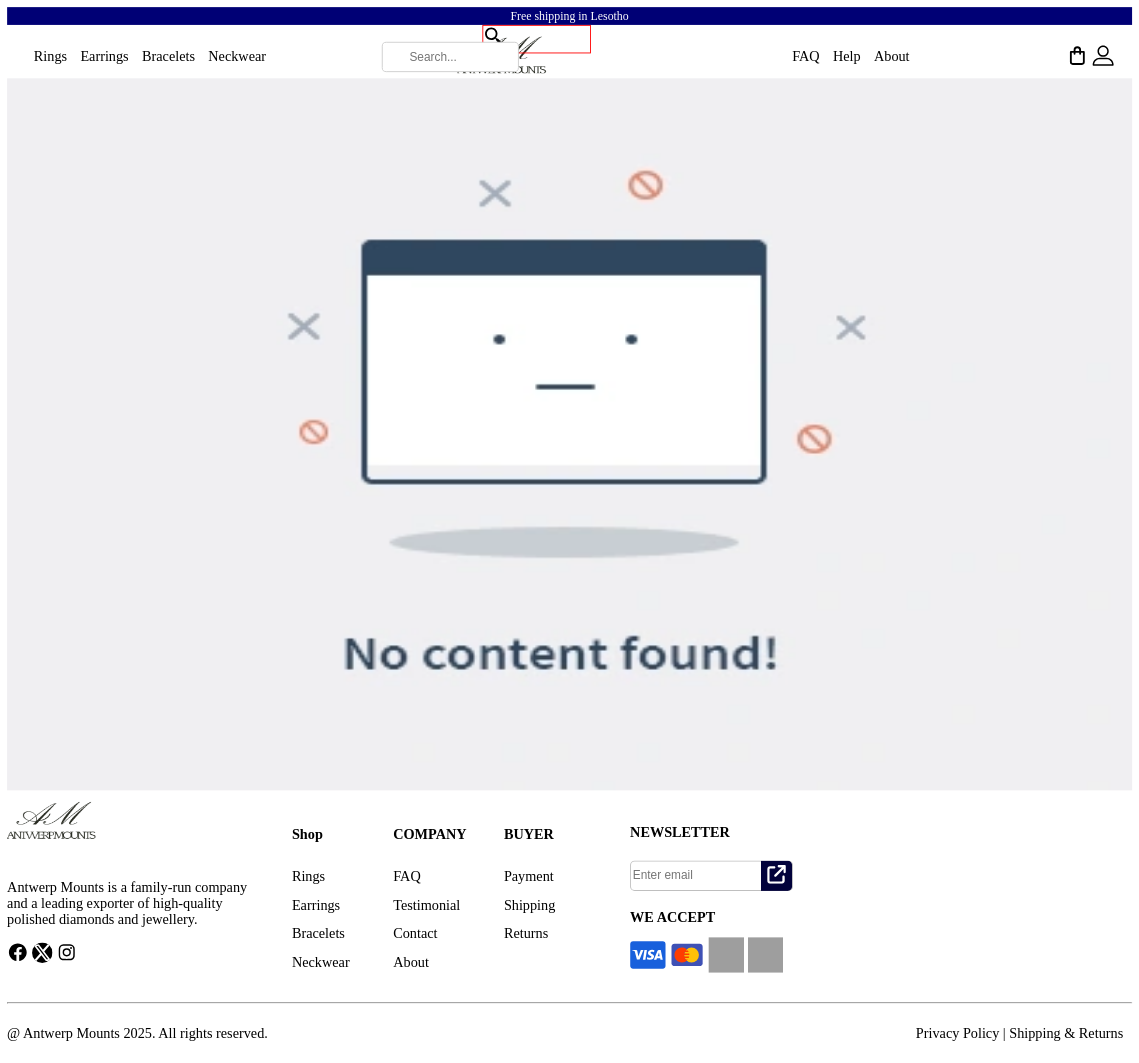
Repository: kea-0424/Web-Development-Project-1
Page: First_collaboration/JewelarySite.html
An editor plug-in stored every save of this project. The page is shown before and after a run of saves, followed by the edit.
The browser window is 1280 px wide. The pictures show the whole page, at 89% of full size.
Pictures or frames that could not be fetched are drawn as grey boxes.

Above is the page before, as saved 2025-01-23 11:46:51.

### First_collaboration/JewelarySite.html
<!DOCTYPE html>
<html lang="en">
<head>
    <meta charset="UTF-8">
    <meta name="viewport" content="width=device-width, initial-scale=1.0">
    <title>Document</title>
    <link rel="stylesheet" href="./JewelarySite.css">
</head>
<body>
    <header>
        <div class="notification">
            <span>Free shipping in Lesotho</span>
        </div>
        <nav>
                <ul class="navigations"  id="right_nav">
                    <li class="navbar_links"><a href="#">Rings</a></li>
                    <li class="navbar_links"><a href="#">Earrings</a></li>
                    <li class="navbar_links"><a href="#">Bracelets</a></li>
                    <li class="navbar_links"><a href="#">Neckwear</a></li>
                </ul>

            <div class="logo_container">
<img src="Main_Logo-removebg-preview.png" alt="Logo" class="main_logo" id="Nav_logo">
            </div>
                <ul class="navigations" id="left_nav">
                    <li class="navbar_links"><a href="#">FAQ</a></li>
                    <li class="navbar_links"><a href="#">Help</a></li>
                    <li class="navbar_links"><a href="#">About</a></li>
                </ul>
                <form action="#">
                    <div class="searchbar_container">
                        <img src="./bx-search-alt-2.svg" alt="icon" class="searchbar_icon">
                        <input class='searchbar' type="text" placeholder="Search...">
                    </div>
                </form>
                <div class="nav_icons">
                    <img src="./cart.svg" alt="Logo" class="icon">
                    <img src="./profile.svg" alt="Logo" class="icon">
                </div>
        </nav>
    </header>
    <main>
        <img src="./NoContent.webp" alt="No_Content" class="No_Content">
    </main>
    <footer>
        <div class="about_us">
            <div class="logo_container">
                <img src="Main_Logo-removebg-preview.png" alt="Logo" class="main_logo">
                            </div>
                            <div class="bio">
                                <p>Antwerp Mounts is a family-run company<br>
                                    and a leading exporter of high-quality<br>
                                   polished diamonds and jewellery.</p>
                            </div>
                                <div class="social_media">
                                    <div class="socials" >
                                        <a href="#"><img src="./bxl-facebook-circle (1).svg" alt="Facebook" id="facebook_link"></a>
                                    </div>
                                    <div class="socials">
                                        <a href="#"><img src="./x-twitter-brands-solid.svg" alt="Twitter" id="X_link"></a>
                                    </div>
                                    <div class="socials">
                                        <a href="#"><img src="./bxl-instagram (1).svg" alt="Instagram" id="instagram_link"></a>
                                    </div>
                                    </div>
        </div>
        <div class="navigation">
            <div class="list1">
                <h4>Shop</h4>
                <ul class="footer_lists">
                    <li><a href="#">Rings</a></li>
                    <li><a href="#">Earrings</a></li>
                    <li><a href="#">Bracelets</a></li>
                    <li><a href="#">Neckwear</a></li>
                </ul>
            </div>
            <div class="list2">
               <h4>COMPANY</h4>
               <ul class="footer_lists">
                <li><a href="#">FAQ</a></li>
                <li><a href="#">Testimonial</a></li>
                <li><a href="#">Contact</a></li>
                <li><a href="#">About</a></li>
               </ul>
            </div>
            <div class="list3">
                <h4>BUYER</h4>
                <ul class="footer_lists">
                    <li><a href="#">Payment</a></li>
                    <li><a href="#">Shipping</a></li>
                    <li><a href="#">Returns</a></li>
                </ul>
            </div>
        </div>
        <div class="Subscription">
            <h4>NEWSLETTER</h4>
            <form action="#">
                <div class="input_container">
                    <input type="text" placeholder="Enter email" class="newsletter_input">
                    <button type="submit" class="submit_btn"><img src="./arrow-up-right-from-square-solid.svg" alt="arrow"></button>
                </div>
            </form>
            <h4>WE ACCEPT</h4>
            <div class="payment_methods">
                <div class="payment_method">
                    <img src="./cc-visa-brands-solid.svg" alt="visa" id="visa">
                </div>
                <div class="payment_method">
                    <img src="mastercard.svg" alt="mastercard" id="mastercard">
                </div>
                <div class="payment_method">
                    <img src="./paypal.svg" alt="paypal" id="paypal">
        </div>
        <div class="payment_method">
            <img src="./skrill.svg" alt="skrill" id="skrill">
        </div>
            </div>
        </div>
        <hr>
        <div class="copyright">
            <p class="left_details">@ Antwerp Mounts 2025. All rights reserved.</p>
            <p class="right_details">Privacy Policy | Shipping & Returns</p>
        </div>
    </footer>
</body>
</html>

### First_collaboration/JewelarySite.css

body {
    box-sizing: border-box;
}
.notification {
    background-color: rgb(0 0 117);
    color: rgb(255 255 255);
    display: flex;
    align-items: center;
    justify-content: center;
    font-size: smaller;
    width: inherit;
    height: 20px;
}
nav {
    display: flex;
    justify-content: space-between;
    /*padding: 10px;*/
}
.main_logo {
    height: 80px;
    width: 100px;
    margin-top: 0;

}
#Nav_logo {
    margin: 0 auto;
    position: absolute;
    left: 40%;
}
.navigations,.navbar_links {
    list-style-type: none;
    display: flex;
    justify-content: space-between;
list-style: none;
text-decoration: none;
color: inherit;
margin-right: 15px;
padding: 0;
}
nav {
    position:relative;
    width: 100%;
    height: 60px
}

a {
    text-decoration: none;
color: inherit;
}
a:hover {
    /*font-size: larger;*/
    transition: font-size 0.2s ease-in-out;
    position: relative;
    /*background-color: blue;*/
    color: rgba(0 0 255 / 0.26);
    border-radius: 3px;
}
main,.No_Content {
    width: 100%;
    height: 800px;
}
.searchbar {
    width: 120px;
    height: 30px;
    border-radius: 5px;
    border: 1px solid #ccc;
    margin-top: 18px;
    padding-left: 30px;
    position: absolute;
    right: 80px;

}
.searchbar_container{
border: 1px solid red;
    width: 120px;
    height: 30px;
    position: relative;
    right: ;
}
.searchbar_icon{
    position: absolute;
}
.navbar_links {
    margin-top: 10px;
}
.icon {
    width: 25px;
    height: 25px;
    margin-top: 22px;
}
#left_nav{
    position: absolute;
    right: 220px;
}
#right_nav {
    position: absolute;
    left: 30px;
}
.nav_icons {
    margin-right: 20px;
}
.socials {
    /*border: 1px solid red;*/
    display: inline;
    height: 50px;
    width: 50px;
}
.bio {
    /*border: 1px solid red;*/
    display: inline-block;
}
#X_link {
    background-color: black;
    height: 23px;
    width: 23px;
    border-radius: 50%;
    display: inline-block;
}
/*.list1,.list2,.list3*/.navigation{
    /*border: 1px solid red;*/
    display: inline-block;
    position: absolute;
    left: 320px;
    top: 20px;
box-sizing: border-box;
}
footer {
    /*border: 1px solid red;*/
    position: relative;
}
.list1,.list2,.list3 {
    /*border: 1px solid red;*/
    display: inline-block;
    box-sizing: border-box;
    margin-right: 5px;
}
.list3 {
    position: relative;
    bottom: 32px;
}
.footer_lists {
    position: relative;
    right: 40px;
    list-style: none;
    line-height: 2em;
}
.input_container{
    /*border: 1px solid red;*/
    display: inline;
    height: 33px;
    position: relative;
    border-radius: 5px;
    z-index: 1
}
.newsletter_input {
    height: 30px;
    overflow: hidden;
    border-radius: 5px;
    border: 1px solid rgba(0 0 0 / 0.25);
    /*z-index: 1;*/
}
.submit_btn {
    background-color: rgb(2 2 59);
    border: 1px solid transparent;
    height: 34px;
    width: 35px;
    position: absolute;
right: 1px;
    border-radius:0px 5px 5px 0px;
}
#visa, #mastercard, #paypal, #skrill {
    height: 40px;
    width: 40px;
}
#visa:hover, #mastercard:hover, #paypal:hover, #skrill:hover {
    height: 50px;
    width: 50px;
}
.payment_method {
    /*border: 1px solid red;*/
    display: inline-block;
    position: relative;
    bottom: 8px;
}
.Subscription {
/*border: 1px solid red;*/
display: inline;
position: absolute;
left: 700px;
top:18px;
}
hr {
    margin-top: 40px;
}
.copyright {
   /* border: 1px solid red;*/
    position: relative;
}
.left_details {
    /*border: 1px solid red;*/
    display: inline-block;
}
.right_details {
    /*border: 1px solid red;*/
    display: inline;
    position: absolute;
    right: 10px;
}

After the next 2 saves:
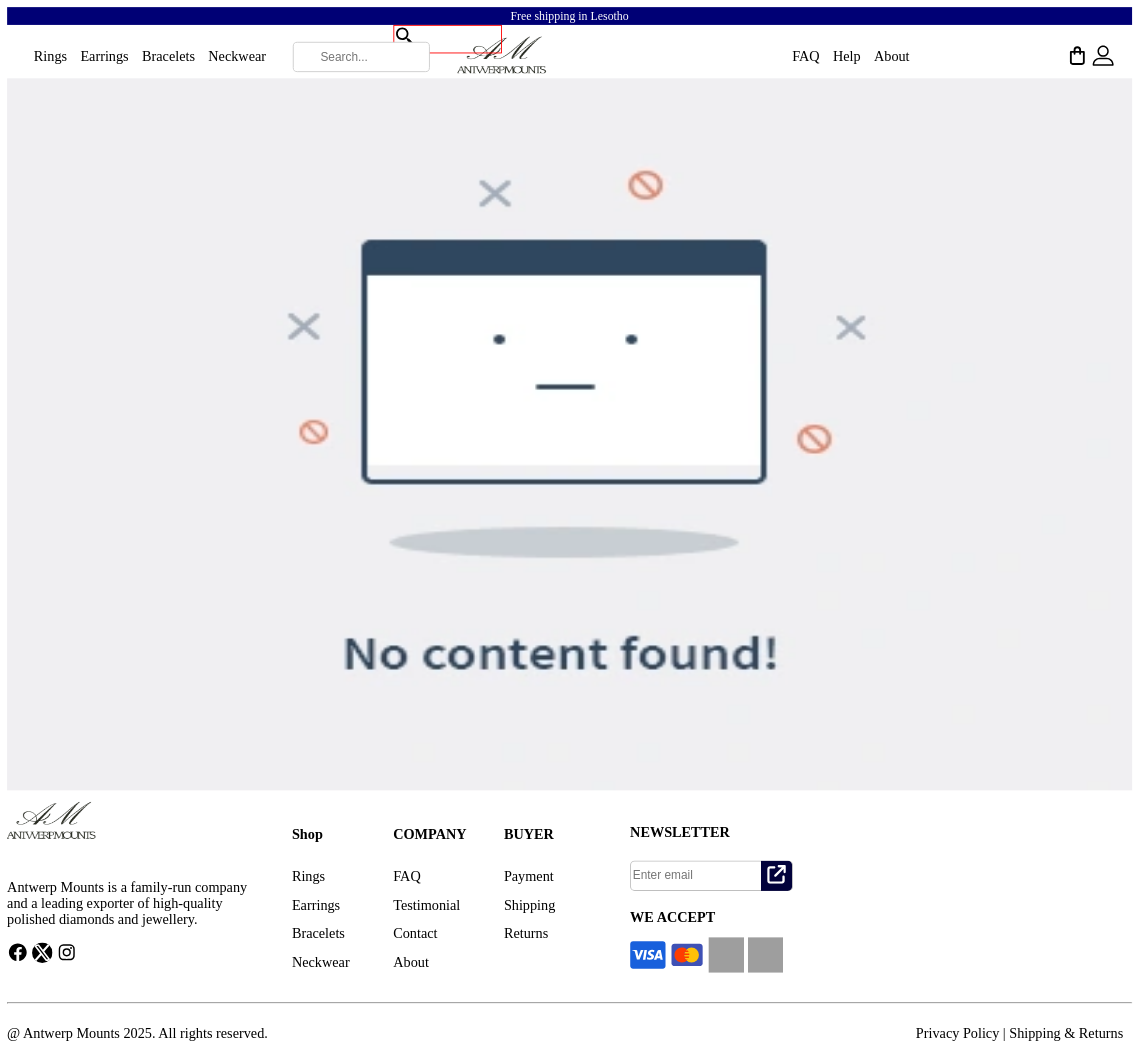
The 2 saves are shown as one change because they came seconds apart.
The last was saved 6 s later.
--- a/First_collaboration/JewelarySite.css
+++ b/First_collaboration/JewelarySite.css
@@ -76,7 +76,7 @@ border: 1px solid red;
     width: 120px;
     height: 30px;
     position: relative;
-    right: ;
+    right: 100px;
 }
 .searchbar_icon{
     position: absolute;
